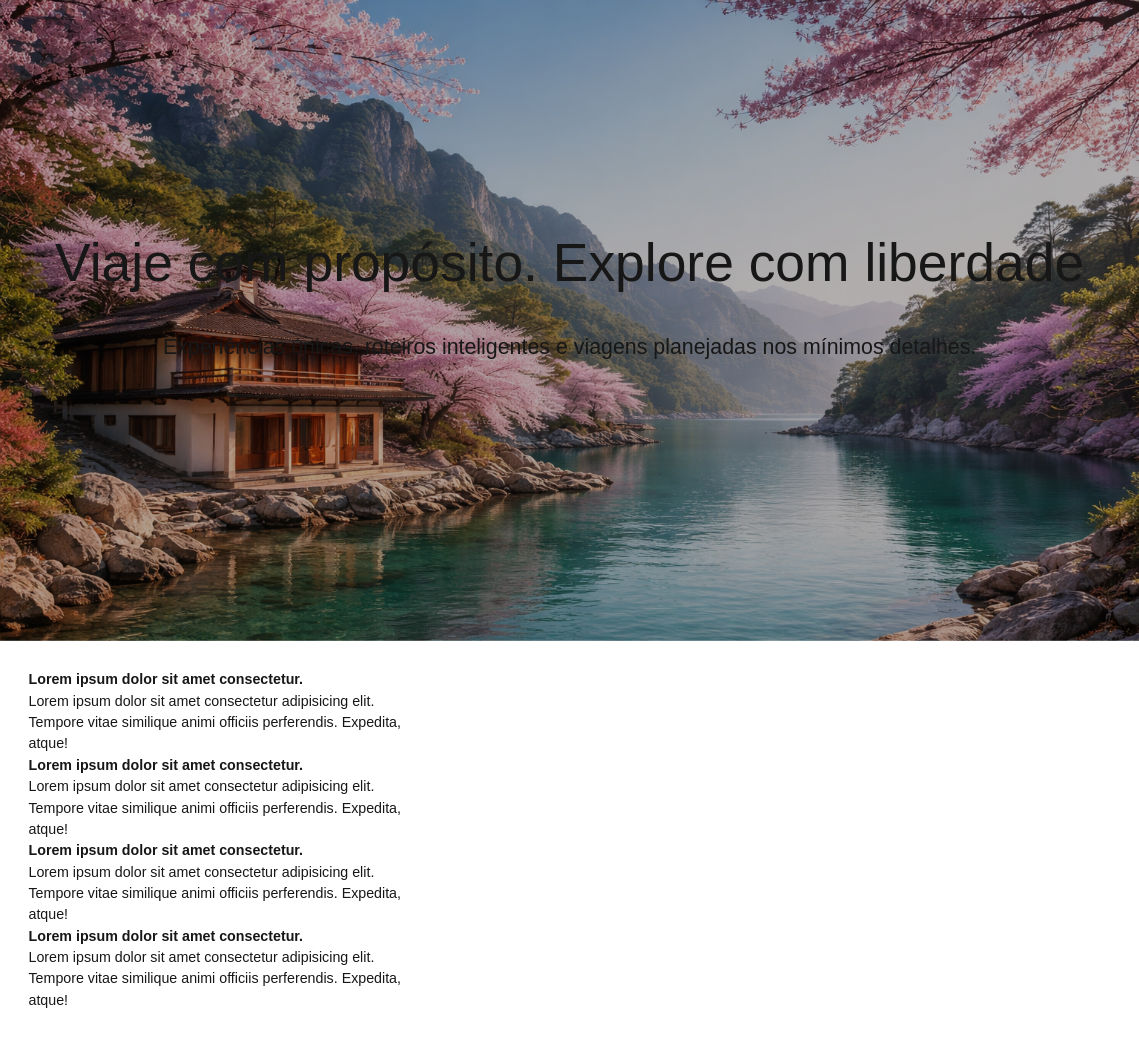
Repository: pedroantoniosi/tripicon-site
Page: /home
The author's editor kept a copy of each file at every save. The page is drawn from the files as they stood at one save, then again after a run of saves.
The browser window is 1280 px wide. The pictures show the whole page, at 89% of full size.
The project was rebuilt for these pictures with package versions that can differ from the ones it lists, and the page was loaded fresh each time. The framework's server and built-in components were replaced by stand-ins that run in the browser. Also part of the build but not shown: next.config.ts.

Above is the page before, as saved 2026-04-01 10:58:12.

### src/app/layout.tsx
import type { Metadata } from "next";
import { Geist, Geist_Mono } from "next/font/google";
import "./globals.css";

const geistSans = Geist({
  variable: "--font-geist-sans",
  subsets: ["latin"],
});

const geistMono = Geist_Mono({
  variable: "--font-geist-mono",
  subsets: ["latin"],
});

export const metadata: Metadata = {
  title: "Create Next App",
  description: "Generated by create next app",
};

export default function RootLayout({
  children,
}: Readonly<{
  children: React.ReactNode;
}>) {
  return (
    <html
      lang="en"
      className={`${geistSans.variable} ${geistMono.variable} h-full antialiased`}
    >
      <body className="min-h-full flex flex-col">{children}</body>
    </html>
  );
}

### src/app/home/page.tsx
import styles from "./page.module.css";
import Searchbar from "@/components/searchbar/searchbar";

export default function Home() {
  return (
    <>
      <div className={styles.heroContainer}>
        <div className={`${styles.heroCaption} col gap-2`}>
          <h1 className="text-6xl text-center">
            {" "}
            Viaje com propósito. Explore com liberdade
          </h1>
          <p className="text-2xl text-center m-[3rem]">
            Experiências únicas, roteiros inteligentes e viagens planejadas nos
            mínimos detalhes.
          </p>
        </div>
      </div>
      <div className="rid grid-cols-1 gap-2 p-[2rem]">
        {Array.from({ length: 4 }).map((_, index) => (
          <div key={index} className="card">
            <img src="" alt="" />
            <div className="caption">
              <h2 className="font-bold font">
                Lorem ipsum dolor sit amet consectetur.
              </h2>
              <p className="max-w-[450px]">
                Lorem ipsum dolor sit amet consectetur adipisicing elit. Tempore
                vitae similique animi officiis perferendis. Expedita, atque!
              </p>
            </div>
          </div>
        ))}
      </div>
    </>
  );
}

### src/app/globals.css
@import "tailwindcss";
@tailwind base;
@tailwind components;
@tailwind utilities;

:root {
  --background: #ffffff;
  --foreground: #171717;
}

@media (prefers-color-scheme: dark) {
  :root {
    --background: #0a0a0a;
    --foreground: #ededed;
  }
}

body {
  background: var(--background);
  color: var(--foreground);
  font-family: Arial, Helvetica, sans-serif;
}

### src/app/home/page.module.css
.heroContainer {
    padding: 1rem;
    position: relative;
    display: grid;
    place-items: center;
    z-index: 1;
    min-height: 50svh;

    &::after {
        content: ' ';
        position: absolute;
        width: 100%;
        height: 100%;
        left: 0;
        bottom: 0;
        background-image: url('/images/banner.png');
        background-size: cover;
        z-index: -1;
        filter: brightness(70%);
    }

    & .heroTitle {
        max-width: 1024px;
        text-align: center;
    }
}


@media (min-width: 1024px) {
    .heroContainer {
        padding: 2rem;
        min-height: 100vh;
    }

    .heroContainer .heroTitle {
        max-width: 1200px;
    }
}

### src/components/searchbar/searchbar.tsx
export default function searchbar() {
  return (
    <>
      <div className="p-[.5rem] bg-red-600">
        <input type="text" placeholder="O que você está procuranpo?" />
        <button>Pesquisar</button>
      </div>
    </>
  );
}

After the next 2 saves:
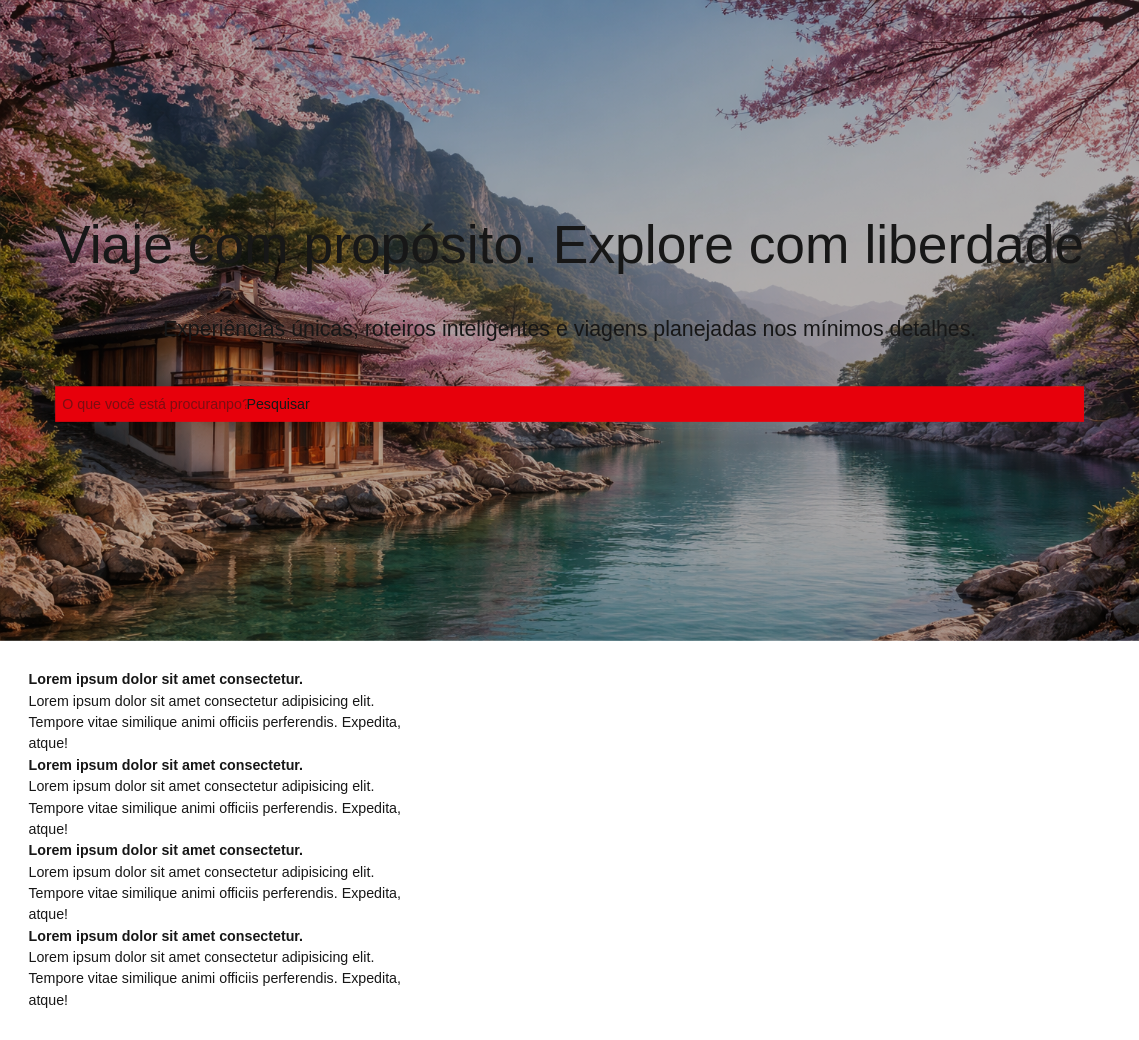
The 2 saves are shown as one change because they came seconds apart.
The last was saved 13 s later.
--- a/src/app/home/page.tsx
+++ b/src/app/home/page.tsx
@@ -14,6 +14,7 @@ export default function Home() {
             Experiências únicas, roteiros inteligentes e viagens planejadas nos
             mínimos detalhes.
           </p>
+          <Searchbar />
         </div>
       </div>
       <div className="rid grid-cols-1 gap-2 p-[2rem]">
